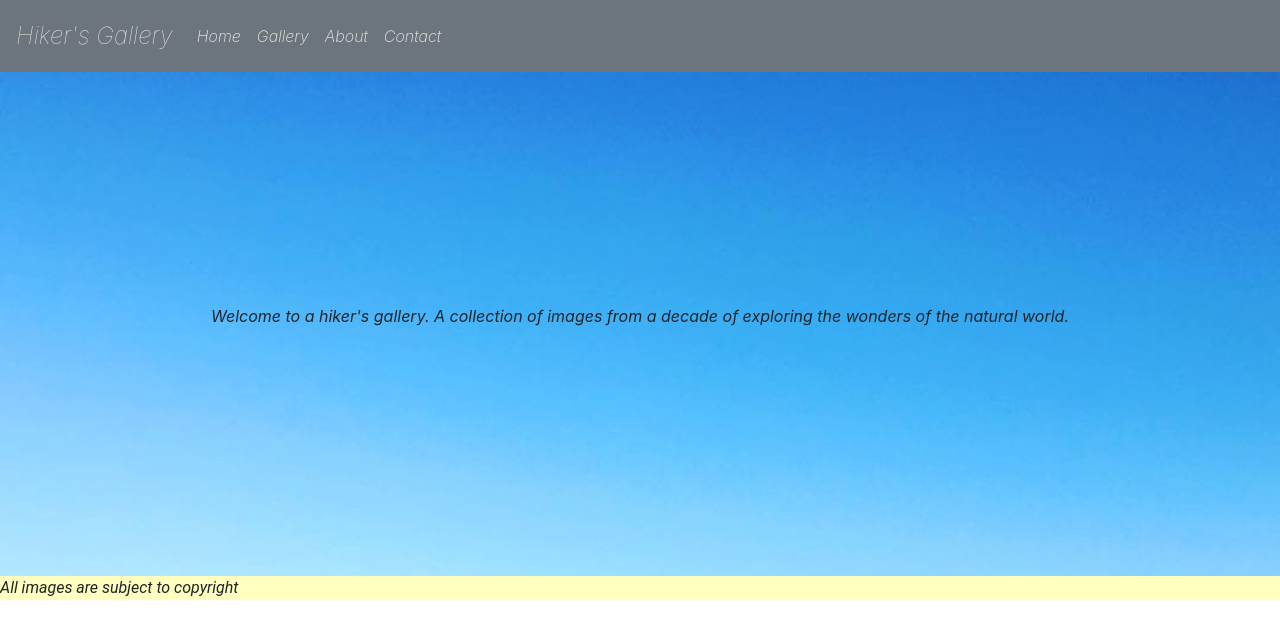
Repository: S-Perring/hiker
Page: index.html
The author's editor kept a record of every edit. The page is drawn from the files as they stood at one moment, then again after the next edit.
The browser window is 1280 px wide. The pictures show the whole page.

Above is the page before.

### index.html
<!DOCTYPE html>
<html lang="en">
<head>
    <meta charset="UTF-8">
    <meta name="viewport" content="width=device-width, initial-scale=1.0">
    <meta http-equiv="X-UA-Compatible" content="ie=edge">
    <link rel="stylesheet" href="https://stackpath.bootstrapcdn.com/bootstrap/4.3.1/css/bootstrap.min.css" type="text/css" />
    <link rel="stylesheet" href="https://stackpath.bootstrapcdn.com/font-awesome/4.7.0/css/font-awesome.min.css" type="text/css" />
    <link rel="stylesheet" href="css/style.css" type="text/css" />
    <title>Hiker's Gallery</title>
</head>
<body>
<header class="container-fluid">
    <nav class="navbar navbar-expand-sm bg-secondary">
        <a href="/" class="navbar-brand">Hiker's Gallery</a>
  <button class="navbar-toggler" type="button" data-toggle="collapse" data-target="#navbarNav" aria-controls="navbarNav" aria-expanded="false" aria-label="Toggle navigation">
    <span class="navbar-toggler-icon"></span>
  </button>
  <div class="collapse navbar-collapse" id="navbarNav">
        <ul class="navbar navbar-nav">
            <li class="nav-item"><a class="nav-link" href="/">Home</a></li>
            <li class="nav-item"><a class="nav-link" href="">Gallery</a></li>
            <li class="nav-item"><a class="nav-link" href="">About</a></li>
            <li class="nav-item"><a class="nav-link" href="">Contact</a></li>
        </ul>

</header>

<section>
    <div class="container-fluid main-pic">

        <div class="Greeting">
            <p>Welcome to a hiker's gallery. A collection of images from a decade of exploring the wonders of the natural world.</p>
        </div>
    </div>


</section>

<footer>
   All images are subject to copyright
</footer>


</body>

</html>

### css/style.css
.nav-link {
    color: #f0ece1;
    font-weight: 200;
    font-style: italic;
}


.main-pic {
    background-image: url(../css/images/IMG_5437.JPG);
    background-size: cover;
    max-width: 100%;
    height: 70vh;
    padding: 0;
    display: flex;
    align-items: center;
    justify-content: center;
    position: relative;
    background-repeat: no-repeat;

}

.container-fluid {
    padding-right: 0;
    padding-left: 0;
    margin-right: auto;
    margin-left: auto
}



.navbar-brand {
    font-size: x-large;
    font-weight: lighter;
    font-style: italic;
    color: #f0ece1;
}

p {
    text-align: center;
    font-style: italic;

}

footer {
    position: relative;
    font-family: 'Roboto';
    font-style: italic;
    background-color: rgba(255, 255, 128, .5);
}

After the next edit:
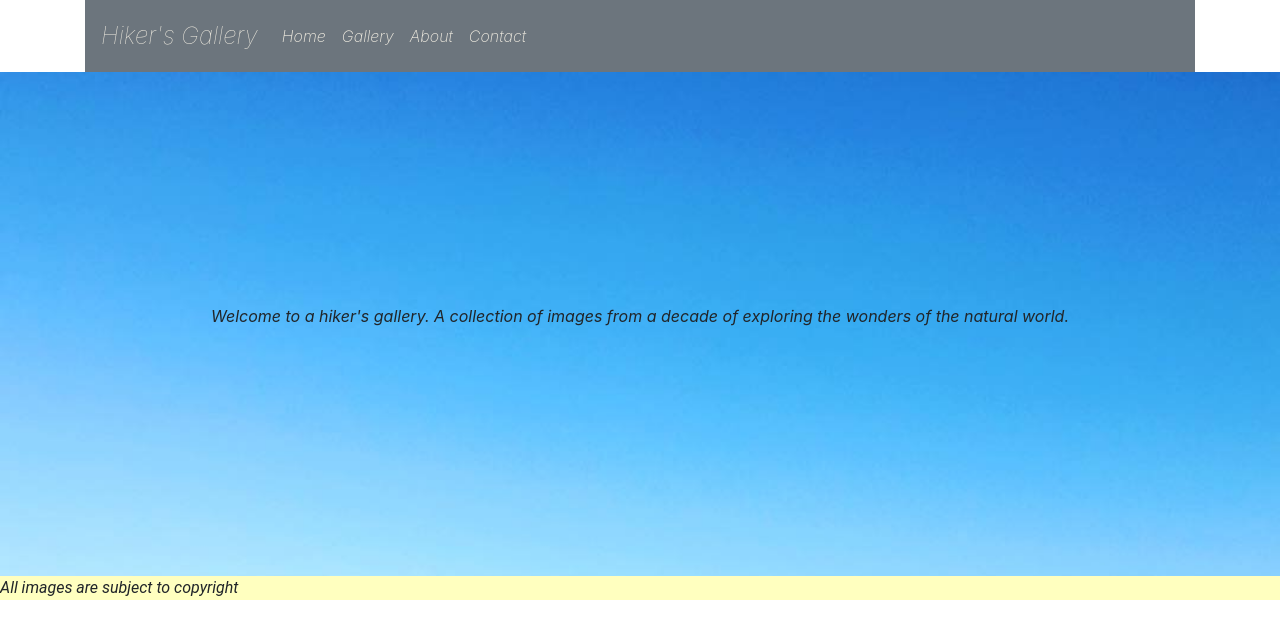
The edit:
--- a/index.html
+++ b/index.html
@@ -10,7 +10,7 @@
     <title>Hiker's Gallery</title>
 </head>
 <body>
-<header class="container-fluid">
+<header class="container">
     <nav class="navbar navbar-expand-sm bg-secondary">
         <a href="/" class="navbar-brand">Hiker's Gallery</a>
   <button class="navbar-toggler" type="button" data-toggle="collapse" data-target="#navbarNav" aria-controls="navbarNav" aria-expanded="false" aria-label="Toggle navigation">
